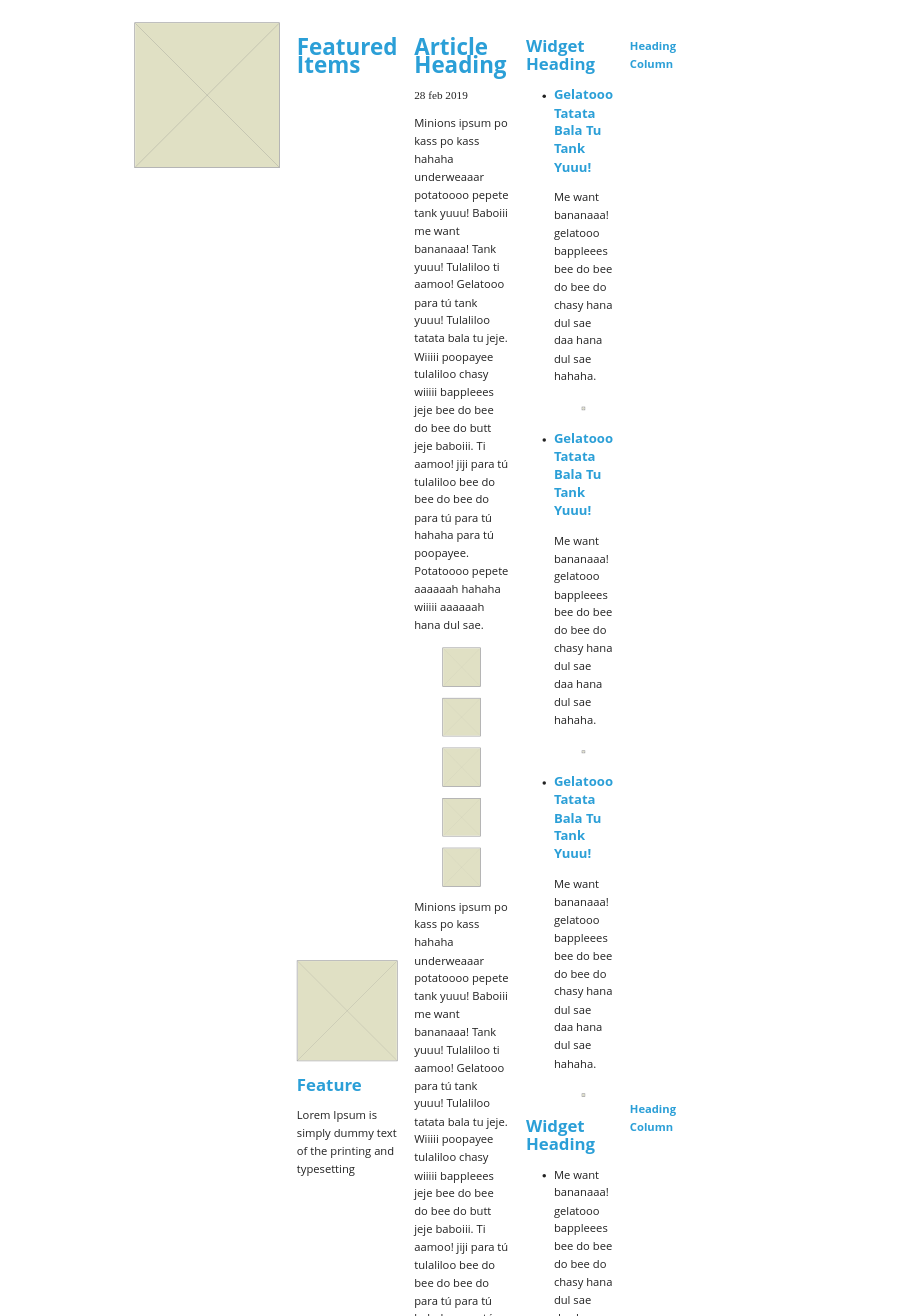
Repository: AdrianTejada/Lab03-Project-1
Page: index.html
An editor plug-in stored every save of this project. The page is shown before and after the next save, followed by the edit.
The browser window is 1280 px wide. The page is 1280 px wide, then 1299 px, so the pictures cover 1299 px, including what lies to the right of the window. The pictures show the part of the page from y = 0 to 1880 px (the page is 6140 px tall), at 70% of full size.

Above is the page before, as saved 2021-01-26 17:02:29.

After the next save:
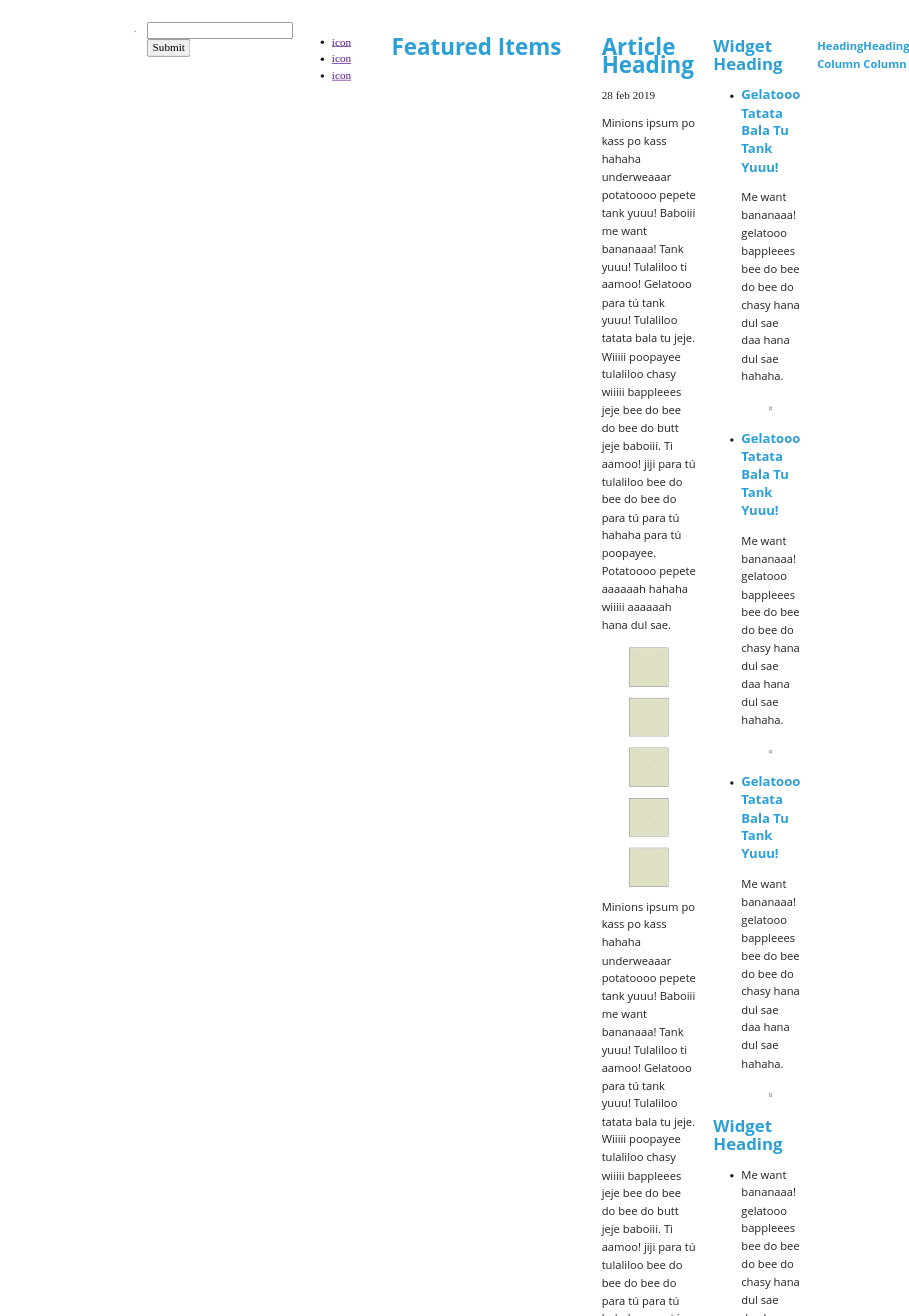
Saved 111 min 1 s later.
--- a/css/main.css
+++ b/css/main.css
@@ -136,6 +136,22 @@
         "mn mn mn sd sd sd"
         "ft ft ft ft ft ft";
     }
+
+    .page__header,
+    .featured {
+        grid-template-columns: 1fr 1fr 1fr;
+        grid-gap: 1rem;
+    }
+
+    .page__section__heading {
+        text-align: center;
+        grid-column: span 3;
+    }
+
+
+    .page__footer {
+        grid-template-columns: 1fr 2fr;
+    }
 }
 
 /* ==========================================================================
